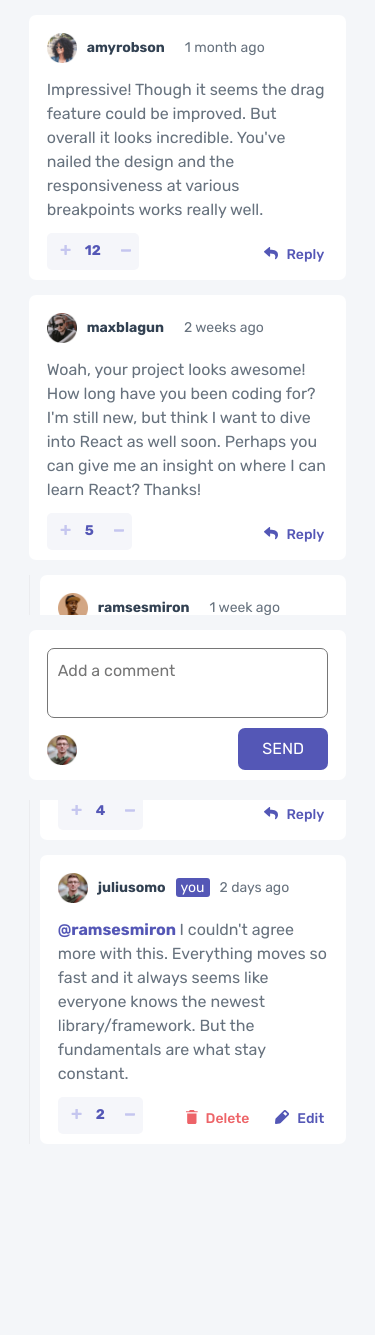
Repository: debaaah/interactive-comments-section-
Page: /
An editor plug-in stored every save of this project. The page is shown before and after the next save, followed by the edit.
The browser window is 375 px wide. The pictures show the whole page.
The project was rebuilt for these pictures with package versions that can differ from the ones it lists, and the page was loaded fresh each time.

Above is the page before, as saved 2022-04-29 13:38:38.

### public/index.html
<!DOCTYPE html>
<html lang="en">
  <head>
    <meta charset="utf-8" />
    <link rel="icon" href="%PUBLIC_URL%/favicon-32x32.png" />
    <link rel="stylesheet" href="https://cdn.jsdelivr.net/npm/bootstrap@4.6.1/dist/css/bootstrap.min.css" integrity="sha384-zCbKRCUGaJDkqS1kPbPd7TveP5iyJE0EjAuZQTgFLD2ylzuqKfdKlfG/eSrtxUkn" crossorigin="anonymous">
    <meta name="viewport" content="width=device-width, initial-scale=1" />
    <meta name="theme-color" content="#000000" />
    <meta
      name="description"
      content="Web site created using create-react-app"
    />
    <link rel="apple-touch-icon" href="%PUBLIC_URL%/logo192.png" />
    <!--
      manifest.json provides metadata used when your web app is installed on a
      user's mobile device or desktop. See https://developers.google.com/web/fundamentals/web-app-manifest/
    -->
    <link rel="manifest" href="%PUBLIC_URL%/manifest.json" />
    <!--
      Notice the use of %PUBLIC_URL% in the tags above.
      It will be replaced with the URL of the `public` folder during the build.
      Only files inside the `public` folder can be referenced from the HTML.

      Unlike "/favicon.ico" or "favicon.ico", "%PUBLIC_URL%/favicon.ico" will
      work correctly both with client-side routing and a non-root public URL.
      Learn how to configure a non-root public URL by running `npm run build`.
    -->
    <title>Comment Section</title>
  </head>
  <body>
    <noscript>You need to enable JavaScript to run this app.</noscript>
    <div id="root"></div>
    <!--
      This HTML file is a template.
      If you open it directly in the browser, you will see an empty page.

      You can add webfonts, meta tags, or analytics to this file.
      The build step will place the bundled scripts into the <body> tag.

      To begin the development, run `npm start` or `yarn start`.
      To create a production bundle, use `npm run build` or `yarn build`.
    -->
    <script src="https://cdn.jsdelivr.net/npm/jquery@3.5.1/dist/jquery.slim.min.js" integrity="sha384-DfXdz2htPH0lsSSs5nCTpuj/zy4C+OGpamoFVy38MVBnE+IbbVYUew+OrCXaRkfj" crossorigin="anonymous"></script>
    <script src="https://cdn.jsdelivr.net/npm/bootstrap@4.6.1/dist/js/bootstrap.bundle.min.js" integrity="sha384-fQybjgWLrvvRgtW6bFlB7jaZrFsaBXjsOMm/tB9LTS58ONXgqbR9W8oWht/amnpF" crossorigin="anonymous"></script>
  </body>
</html>

### src/App.js
import './App.css';
import Main from './components/main'

function App() {
  return (
    <div>
      <Main/>
    </div>
  );
}

export default App;

### src/components/sass/style.scss
@import url("https://fonts.googleapis.com/css2?family=Rubik:wght@400;500;700&display=swap");

$blue: hsl(238, 40%, 52%); //#5a5da6;
$blueish: hsl(239, 57%, 85%); //#c4c5ec;
$red: hsl(358, 79%, 66%); //#ED6368;
$reddish: hsl(357, 100%, 86%); //#f4bbc0;
$bg: #f4f6f9;
$Darkblue: hsl(212, 24%, 26%);
$GrayishBlue: hsl(211, 10%, 45%);
$Lightgray: hsl(223, 19%, 93%);
$Verylightgray: hsl(228, 33%, 97%);
$White: hsl(0, 0%, 100%);

body {
  background-color: $bg;
  font-family: "Rubik", sans-serif;
  color: $GrayishBlue;
}
.main {
  width: 90vw;
  max-width: 700px;
  margin: auto auto 157px;
}
.blueBold {
  color: $blue;
  font-weight: bold;
}
.comment-box {
  display: flex;
  background-color: white;
  padding: 18px;
  border-radius: 7px;
  margin: 15px 10px;
  height: max-content;
}
.reply-box {
  margin: 5px 0px 5px 30px;
  padding-left: 30px;
  border-left: 1px solid #ebecef;
}
.score-box {
  background-color: $Verylightgray;//#f4f5fb;
  border-radius: 5px;
  padding: 2px 3px 3px;
  margin-right: 17px;
  div {
    padding: 3px 5px;
    text-align: center;
  }
  .score {
    font-size: 14px;
    color: $blue;
    font-weight: bold;
  }
  .plus,
  .minus {
    padding-right: 4px;
  }
  .minus {
    padding-top: 0;
  }
}
img {
  width: 30px;
}
[type="submit"] {
  background-color: $blue;
  width: 90px;
  height: 42px;
  border: 0;
  border-radius: 7px;
  color: white;
  text-transform: uppercase;
  &:hover{
    background-color: $blueish;
}
}
.displayed {
  display: flex;
}
.comment {
  font-size: 16px;
}
.comment .displayed {
  display: block;
}
.notDisplayed {
  display: none;
}
textarea:hover,
[type="submit"]:hover,
.plus:hover,
.minus:hover,
.edit,
.delete {
  cursor: pointer;

}
.plus:hover,
.minus:hover {
  path {
    fill: $blue;
  }
}
.content-box {
  width: 100%;

  .details {
    display: flex;
    justify-content: space-between;

    .commentator {
      .username {
        font-weight: bold;
        color: $Darkblue;
      }
      .username,
      .time {
        padding: 0 10px;
      }
      .blue {
        background-color: $blue;
        padding: 1px 5px;
        border-radius: 3px;
        color: white;
      }
    }
    .edit-area {
      display: flex;
      font-weight: 500;

      div {
        margin-left: 18px;
      }

      span {
        padding: 4px;
        text-transform: capitalize;
      }
      svg {
        position: relative;
        top: -2px;
      }
      .edit span:nth-child(2),
      .reply {
        color: $blue;
      }
      .delete {
        span:nth-child(2) {
          color: $red;
        }
        &:hover {
          span path {
            fill: $reddish;
          }
          span:nth-child(2) {
            color: $reddish;
          }
        }
      }
      .edit:hover,
      .reply:hover {
        span path {
          fill: $blueish;
        }
        span:nth-child(2) {
          color: $blueish;
        }
      }
    }
  }
}

.currentUser-form-box {
  position: fixed;
  bottom: 0px;
  padding-bottom: 5px;
  width: -webkit-fill-available;
  background-color: $bg;
  width: 90vw;
  max-width: 700px;
  margin: auto;
}
.currentUser-form {
  display: flex;
  max-height: 110px;
}
.currentUserReply-form,
.currentUser-form {
  background-color: white;
  padding: 18px;
  border-radius: 7px;
  margin: 15px 10px;
  justify-content: space-between;
  div {
    height: 0px;
  }
  span {
    position: relative;
    top: 5px;
  }
}

textarea {
  resize: none;
  padding: 10px;
  border-radius: 7px;
  width: -webkit-fill-available;

  &,
  input {
    margin: 0 15px;
  }
}

.comment {
  margin-top: 8px;
  overflow-wrap: anywhere;
  form {
    input {
      float: right;

    }

    textarea {
      margin-right: 0;
      width: 97%;
    }
  }
}

.modal {
  padding-right: 0 !important;

  .modal-content {
    padding: 10px;
  }
  .modal-dialog {
    min-width: 290px;
    top: 50%;
    left: 50%;
    -webkit-transform: translate(-50%, -50%) !important;
    transform: translate(-50%, -50%) !important;
    position: fixed;
  }

  .modal-footer {
    border-top: 0;
    justify-content: space-around;

    .btn {
      width: 150px;
      text-transform: uppercase;
      border-radius: 5px;
      height: auto;
    }
    [type="button"] {
      background-color: $blue;

      &:hover{
          background-color: $blueish;
      }
    }
    [type="submit"] {
      background-color: $red;
    }
    .btn:hover,
    .btn {
      color: white;
    }
  }
}
@media screen and (max-width: 768px) {
  .main {
    margin-bottom: 191px;
  }
  .reply-box {
    margin: 0 0 0 10px;
    padding-left: 0px;
  }
  .score-box {
    width: max-content;
    margin-right: 0px;
    display: flex;

    div {
      padding: 5px 10px;
    }
    .plus {
      padding-top: 2px;
    }
    .minus {
      padding-top: 3px;
    }
  }
  .comment-box {
    position: relative;
    .content-box{
      .details{
        margin-bottom: 15px;
      }
    }
  }
  .score-box-box {
    position: absolute;
    bottom: 10px;
  }
  .edit-area {
    position: absolute;
    right: 18px;
    bottom: 15px;
  }
  .displayed,
  .currentUser-form {
    display: block;
  }
  .currentUser-form {
    max-height: 150px;
  }
  .currentUserReply-form,
  .currentUser-form {
    position: relative;
    div {
      height: 43px;
    }
    span {
      position: static;
    }
    img {
      position: absolute;
      bottom: 15px;
    }
    textarea {
      margin: 0;
      height: 70px;
    }
    input {
      position: absolute;
      bottom: 10px;
      right: 18px;
    }
  }
  .modal {
    .modal-footer {
      .btn {
        font-size: 15px;
        width: auto;
      }
    }
  }
}
@media screen and (max-width: 375px){
.comment-box{
  .content-box{
    .details{
      font-size: 14px;
    }
  }
}
}

Loaded but not shown: src/index.js (common file); src/index.css (common file); src/reportWebVitals.js (common file); src/App.css (common file); src/components/data.json (common file); src/components/main.js (723 lines, source omitted)

After the next save:
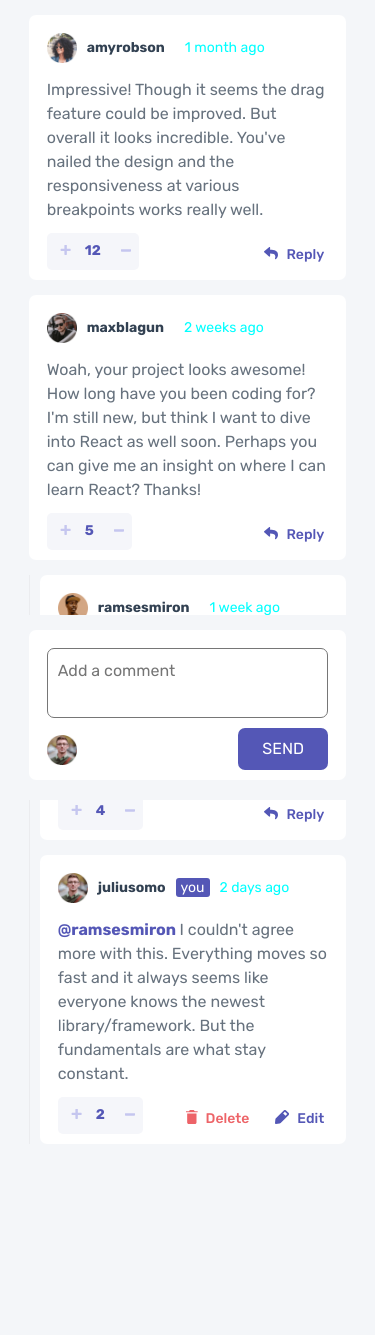
Saved 95 s later.
--- a/src/components/sass/style.scss
+++ b/src/components/sass/style.scss
@@ -354,7 +354,10 @@ textarea {
   .content-box{
     .details{
       font-size: 14px;
-    }
-  }
-}
-}
+      .commentator, .time{
+        color: aqua;
+      }
+    }
+  }
+}
+}
